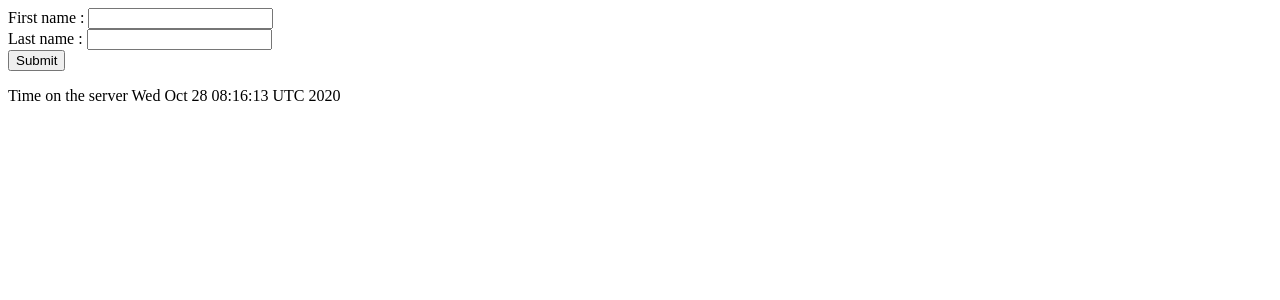
Repository: Gyepike/JSP
Page: http://localhost/JSPDemo/Student-form.jsp
These files come from the project's save history. The page is drawn as it stood at one moment and after the next save; the edit follows.
The browser window is 1280 px wide. The pictures show the whole page.
The page is served by Tomcat 9. Other server files are loaded and not shown.

Above is the page before, as saved 2020-10-28 21:39:38.

### JSPDemo/WebContent/Student-form.jsp
<html>
  <body>
     <form action="Studentk" method="GET">
       First name : <input type="text" name="firstName">
       <br/>
       Last name : <input type="text" name="lastName">
       <br/>

       <input type="submit" value="Submit">
     </form>
     Time on the server <%= new java.util.Date() %>
  </body>
<html>

After the next save:
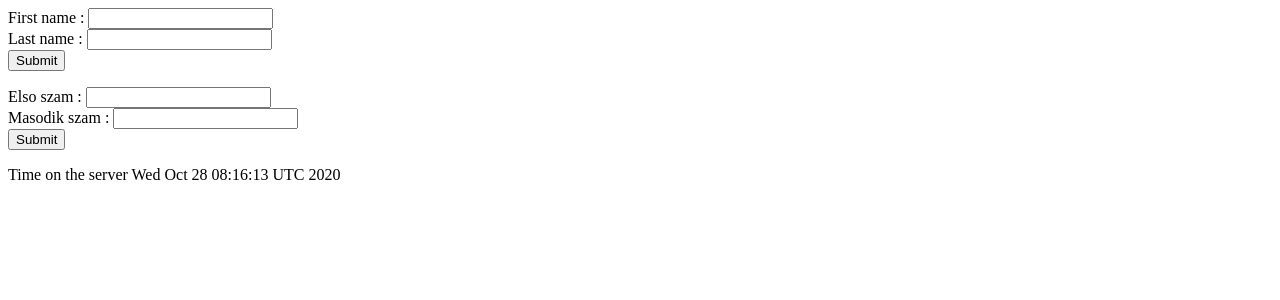
Saved 54 min 25 s later.
--- a/JSPDemo/WebContent/Student-form.jsp
+++ b/JSPDemo/WebContent/Student-form.jsp
@@ -8,6 +8,17 @@
 
        <input type="submit" value="Submit">
      </form>
+
+
+     <form action="StudentServlet" method="GET">
+       Elso szam : <input type="text" name="firstNumber">
+       <br/>
+       Masodik szam : <input type="text" name=+secondNumber">
+       <br/>
+
+       <input type="submit" value="Submit">
+     </form>
+
      Time on the server <%= new java.util.Date() %>
   </body>
 <html>
